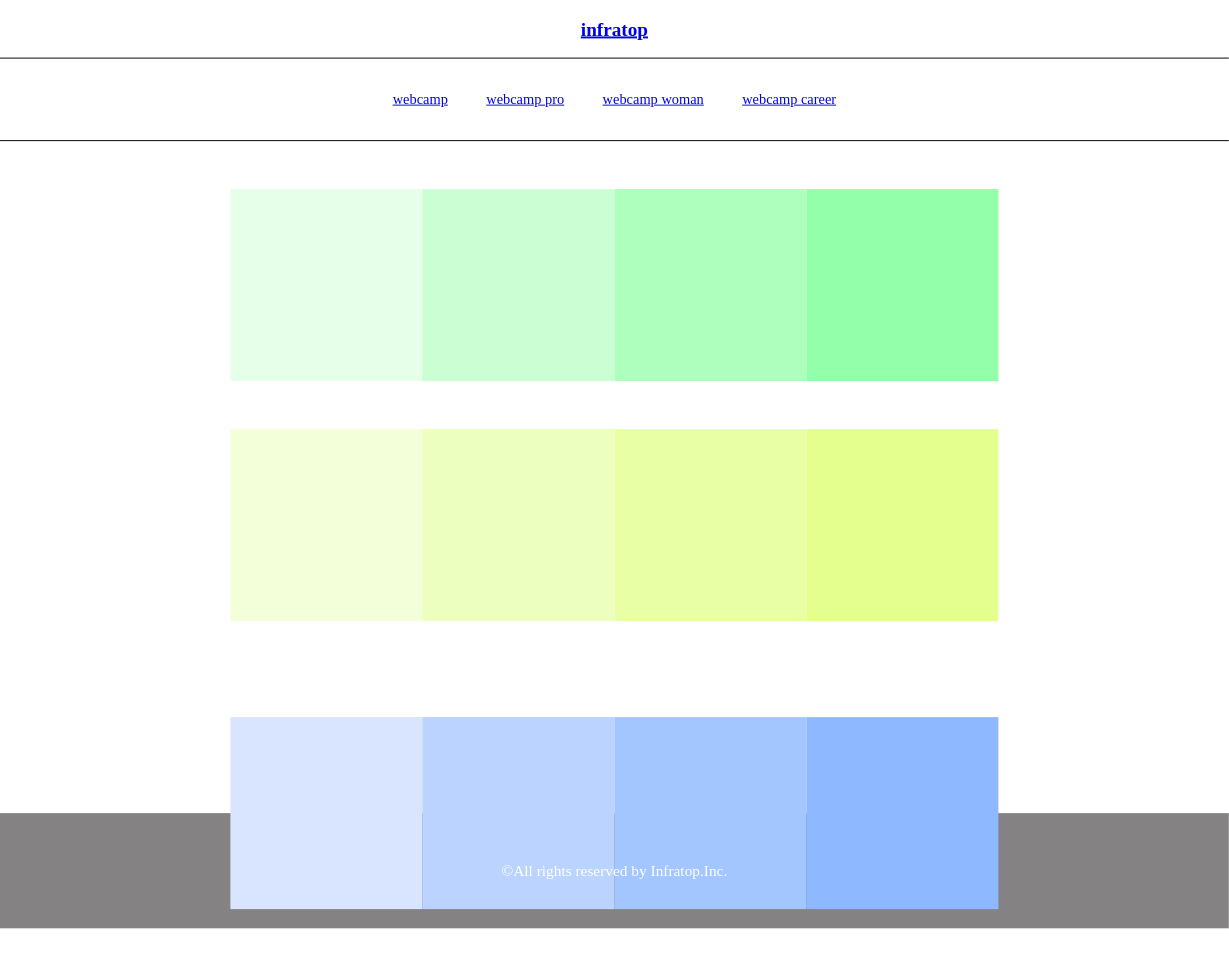
Repository: shizuki-okuma/dmm-webcamp
Page: chapter5_exercise/chapter5_exercise.html
The author's editor kept a record of every edit. The page is drawn from the files as they stood at one moment, then again after the next edit.
The browser window is 1280 px wide. The pictures show the whole page, at 96% of full size.

Above is the page before.

After the next edit:
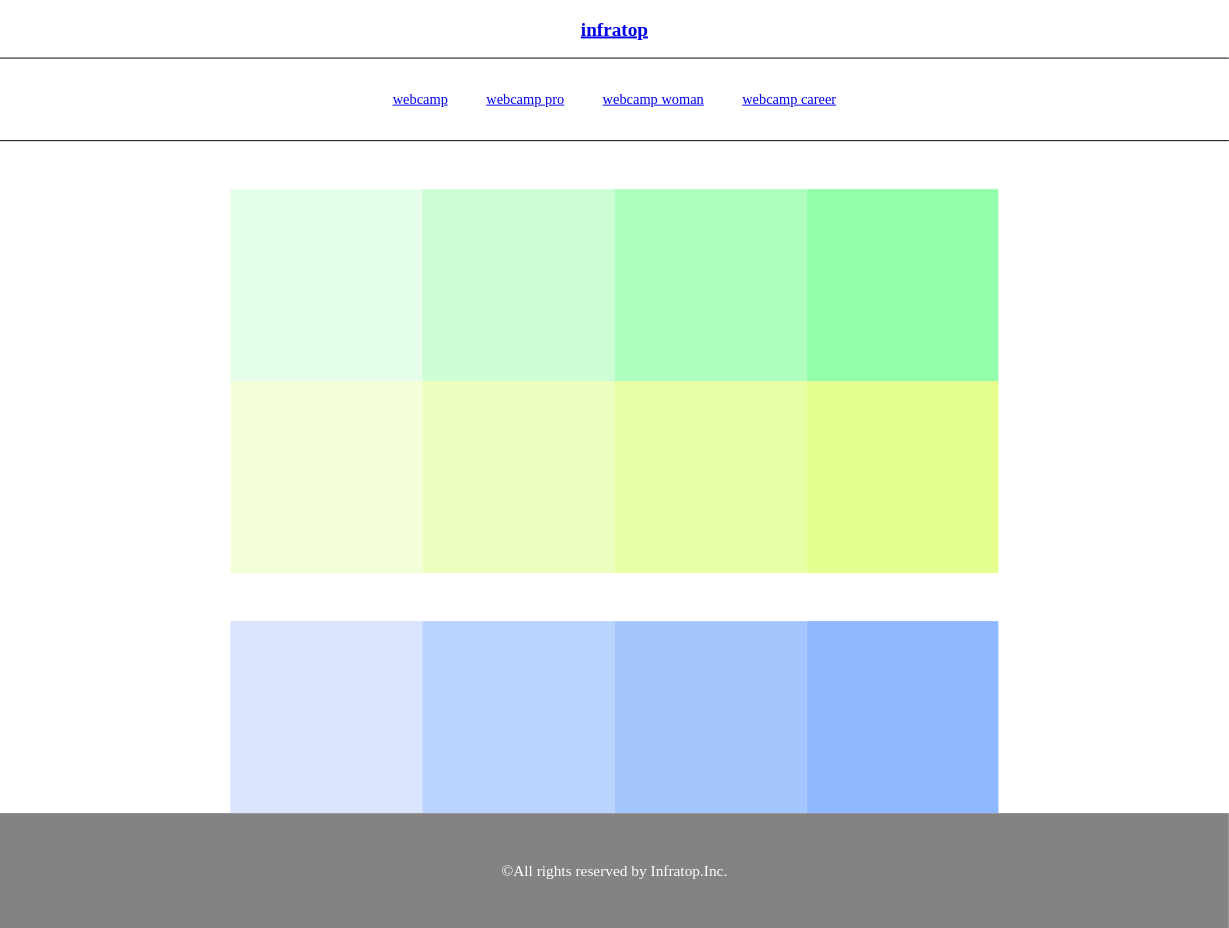
The edit:
--- a/chapter5_exercise/style5.css
+++ b/chapter5_exercise/style5.css
@@ -52,8 +52,6 @@
   display: flex;
   flex-wrap: wrap;
   justify-content: center;
-  padding-top: 50px;
-  padding-bottom: 50px;
 }
 .content3 {
   display: flex;
